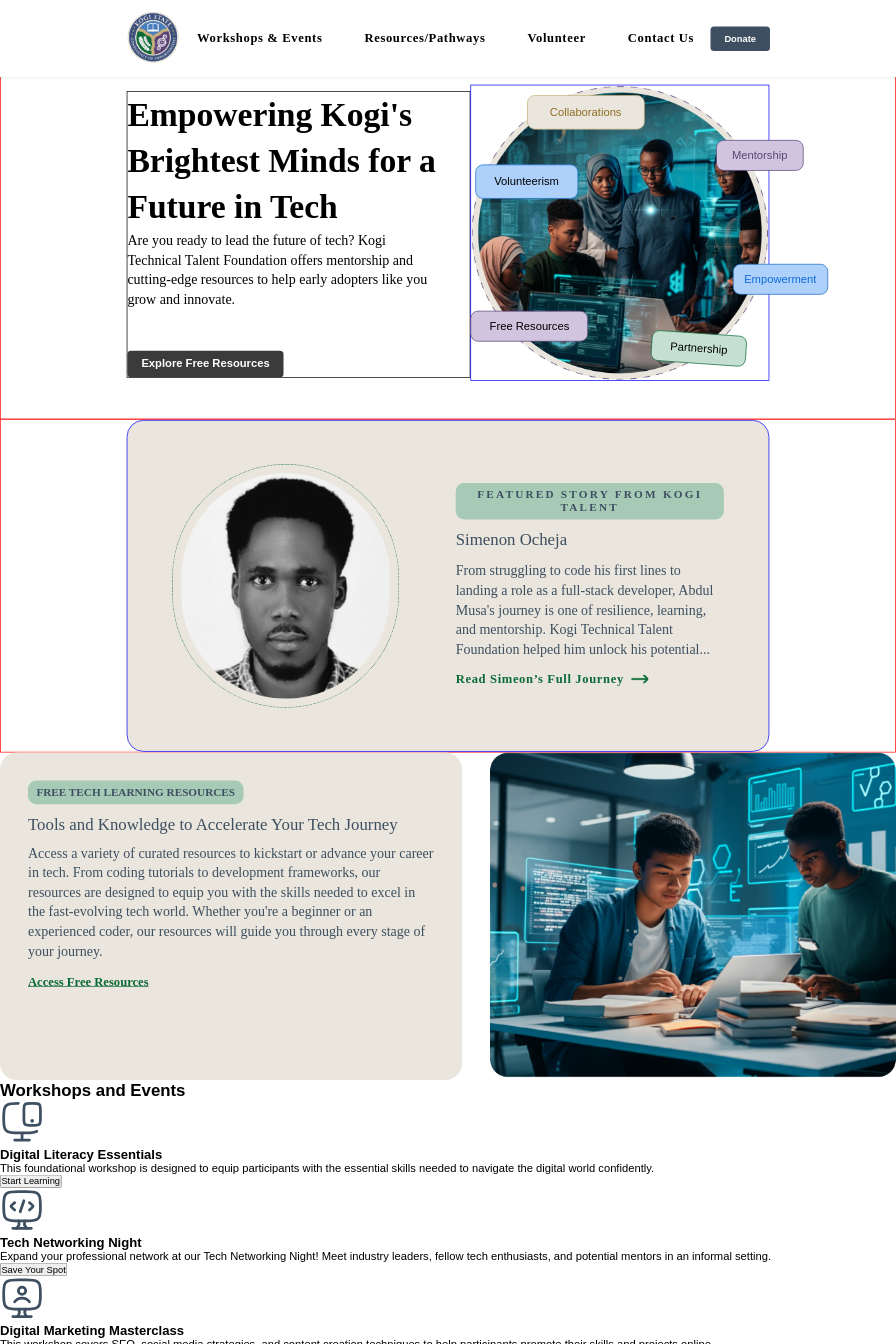
Repository: Cryptim/3MTT-Kogi-Foundation
Page: index.html
These files come from the project's save history. The page is drawn as it stood at one moment and after the next save; the edit follows.
The browser window is 1280 px wide. The pictures show the part of the page from y = 0 to 1920 px (the page is 5055 px tall), at 70% of full size.

Above is the page before, as saved 2024-11-15 01:59:43.

After the next save:
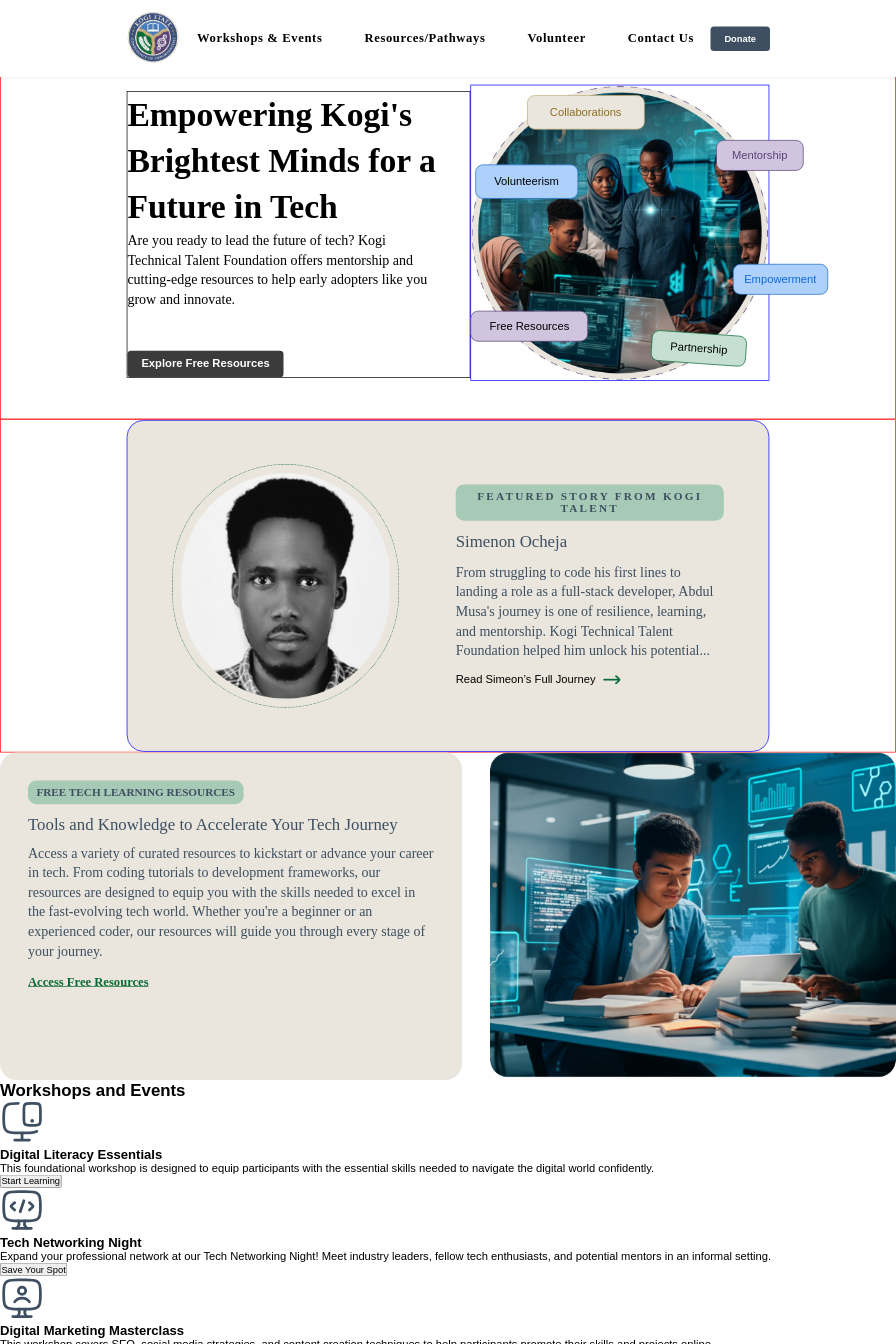
Saved 10 s later.
--- a/index.html
+++ b/index.html
@@ -83,13 +83,7 @@
           <div  class="featuredStoryMore">
             <span
               style="
-                color: #0c6a38;
-                font-size: 18px;
-                font-family: Cascadia Code;
-                font-weight: 700;
-                line-height: 27.2px;
-                letter-spacing: 0.9px;
-                word-wrap: break-word;
+
               "
               >Read Simeon’s Full Journey</span
             >
